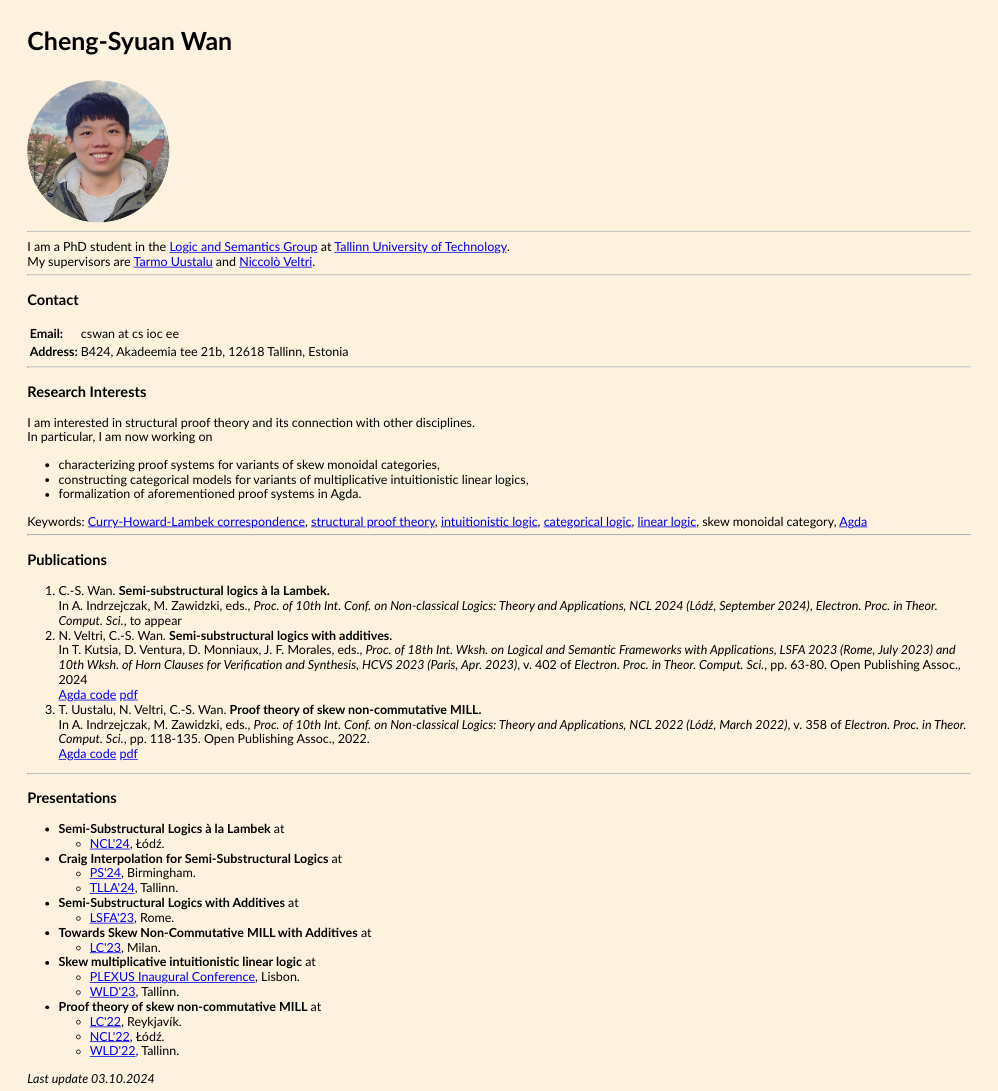
Repository: cswphilo/cswphilo.github.io
Page: index.html
The author's editor kept a copy of each file at every save. The page is drawn from the files as they stood at one save, then again after the next save.
The browser window is 1280 px wide. The pictures show the whole page, at 78% of full size.

Above is the page before, as saved 2024-10-07 11:06:04.

After the next save:
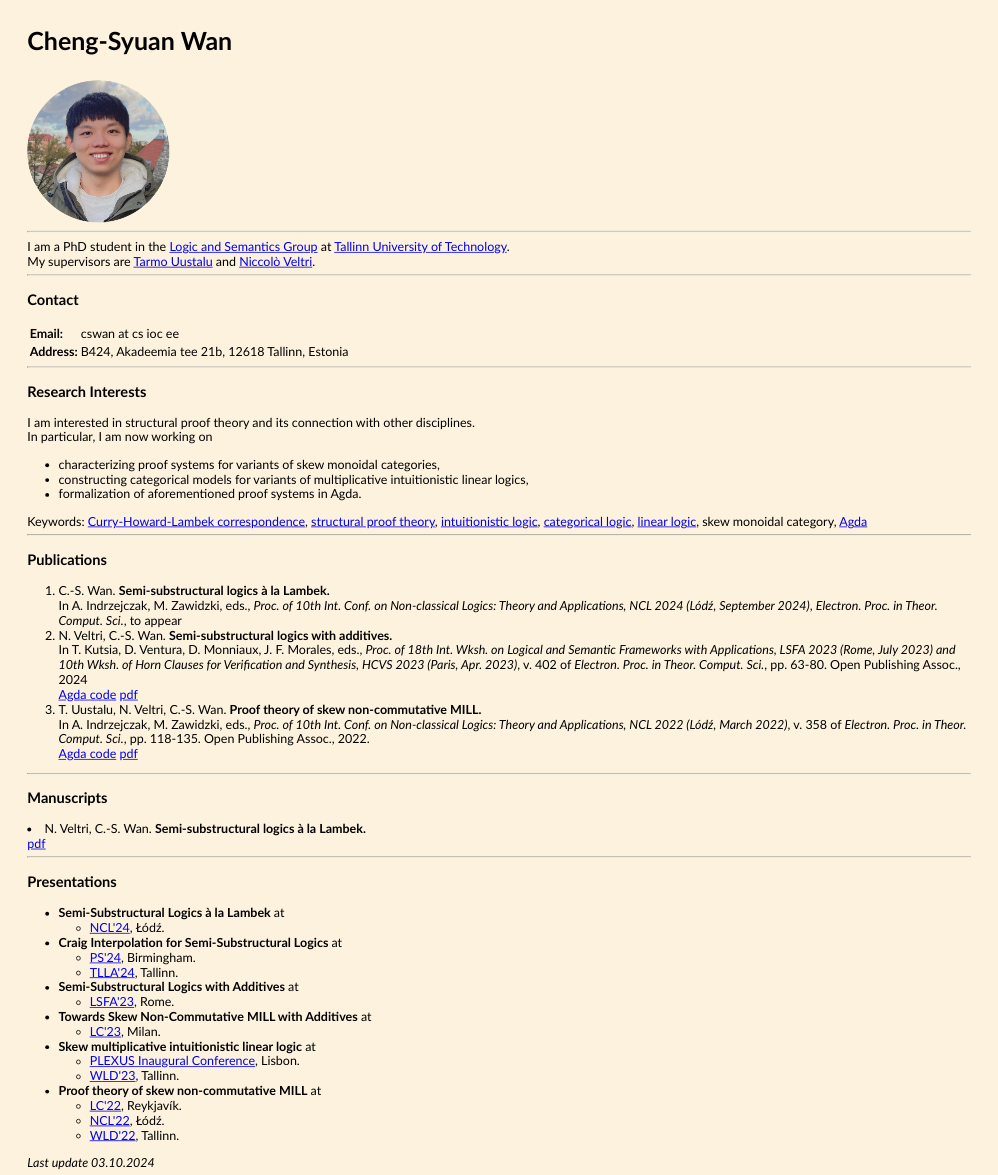
Saved 6 days later.
--- a/index.html
+++ b/index.html
@@ -82,6 +82,14 @@
     </div>
     <hr/>
     <div>
+         <h3>Manuscripts</h3>
+         <li>N. Veltri, C.-S. Wan. <b>Semi-substructural logics à la Lambek.</b>
+         <br />
+         <a href="https://cswphilo.github.io/papers/skInterpolation.pdf" target="_blank">pdf</a>
+         </li>
+    </div>
+    <hr/>
+    <div>
         <h3 id="presentations">Presentations</h3>
         <ul>
            <li><b>Semi-Substructural Logics à la Lambek </b> at
